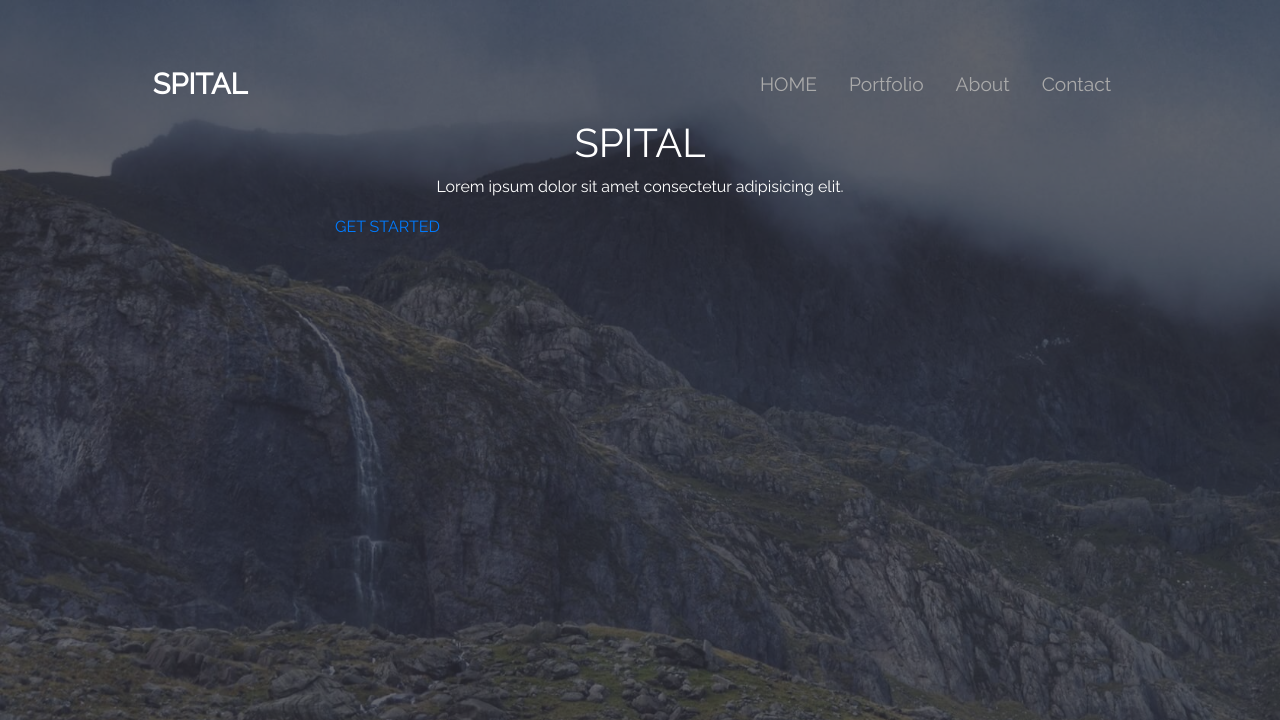
Repository: Mardoqueu/Bootstrap-4-Simple-Landing-Page
Page: index.html
An editor plug-in stored every save of this project. The page is shown before and after a run of saves, followed by the edit.
The browser window is 1280 px wide. The pictures show the whole page.

Above is the page before, as saved 2022-10-11 08:12:19.

### index.html
<!DOCTYPE html>
<html>
<head>
	<meta charset="utf-8">
	<meta name="viewreport" content="width=device-width, initial-scale=1.0">
	<title>
		html css and bootstrap 4 simple landing page
	</title>
	<link rel="stylesheet" type="text/css" href="https://stackpath.bootstrapcdn.com/bootstrap/4.3.1/css/bootstrap.min.css" />
	<link href="https://fonts.googleapis.com/css?family=Raleway&display=swap" rel="stylesheet" />
	<link rel="stylesheet" type="text/css" href="index.css" />
</head>
<body>
		<div class="container-fluid banner">
			<div class="row">
				<div class="col-md-12">
					<nav class="navbar navbar-md">
					<div class="navbar-brand">
						SPITAL
					</div>
					<ul class="nav">
						<li class="nav-item">
							<a class="nav-link" href="#">HOME</a>
						</li>
						<li class="nav-item">
							<a class="nav-link" href="#">Portfolio</a>
						</li>
						<li class="nav-item">
							<a class="nav-link" href="#">About</a>
						</li>
						<li class="nav-item">
							<a class="nav-link" href="#">Contact</a>
						</li>
					</ul>
				</nav>
				</div>
				<div class="col-md-6 offset-md-3">
					<h1 class="text-center">SPITAL</h1>
					<p class="text-center">
						Lorem ipsum dolor sit amet consectetur adipisicing elit.
					</p>
					<a href="#" class="body">GET STARTED</a>
				</div>
			</div>
		</div>
</body>
</html>

### index.css
body{
	margin:0;
	padding:0;
	background:#fff;
	font-family: 'Raleway',sans-serif;
	color: #fff;
}
.banner{
	height: 100vh;
	width: 100%;
	background:url('/sources/overlay.png'),url('/sources/banner.jpg');
	background-position: top;
	background-size:cover;
	/*background-attachment: fixed;*/
	background-repeat: no-repeat;
}
.banner .navbar{
	margin-top:4%;
}
.banner .navbar-brand{
	color: #fff;
	font-size:1.8em;
	font-weight: 700;
	margin-left: 10%;
}
.banner .nav{
	margin-right:10%;
}
.banner .nav li a{
	color:#aaa;
	font-size: 1.2em;
}
.banner .info{
	margin-top:15%;
	transform: translateY(-15%);
}
.banner .info h1{
	font-size: 2.5em;
	font-weight: 700;
	color: #fff;
	letter-spacing: 2px;
}
.banner .info p{
	font-size: 2em;
	font-weight: 500;
	color: #aaa;
	letter-spacing: 2px;
}
.banner .info a{
	margin-left:50%;
	transform: translateX(-50%);
	color: #fff;
	background: #e91d43;
	padding:10px 20px;
	font-size: 2em;
	font-weight: 600;
}
.banner .info a:hover{
	background: #e91e63;
}

After the next 2 saves:
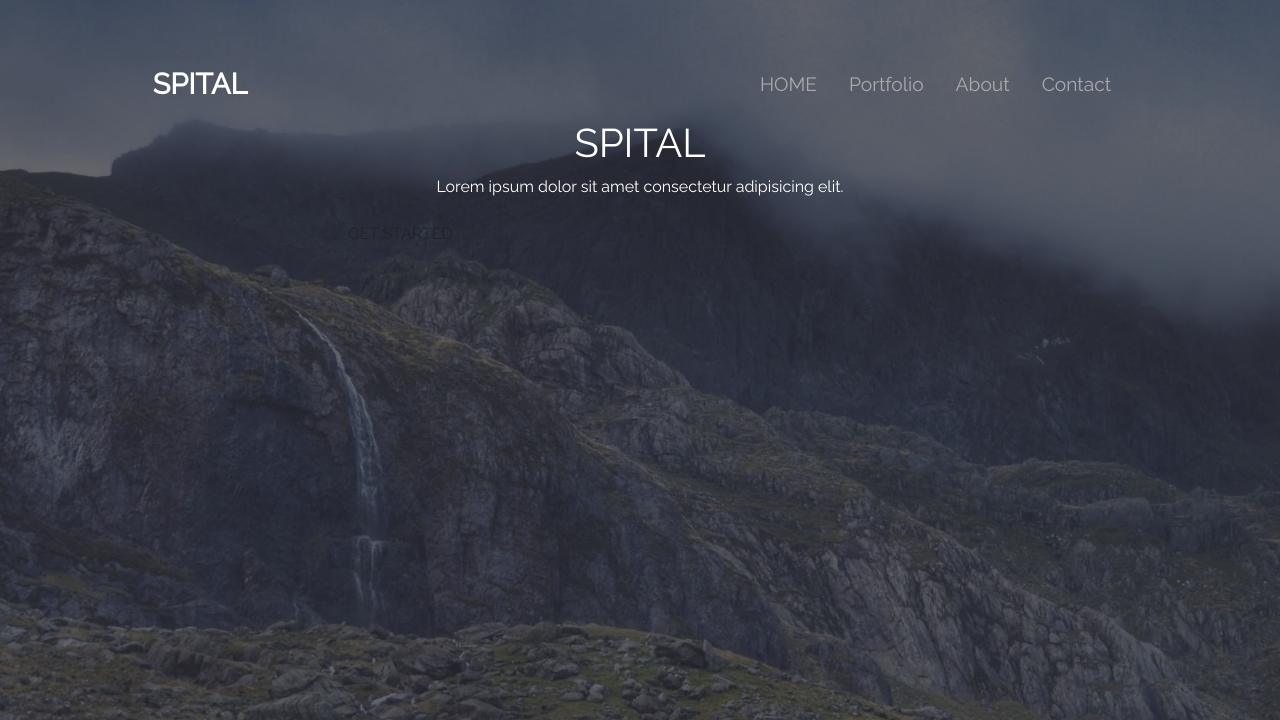
The 2 saves are shown as one change because they came seconds apart.
The last was saved 5 s later.
--- a/index.html
+++ b/index.html
@@ -39,7 +39,7 @@
 					<p class="text-center">
 						Lorem ipsum dolor sit amet consectetur adipisicing elit.
 					</p>
-					<a href="#" class="body">GET STARTED</a>
+					<a href="#" class="btn">GET STARTED</a>
 				</div>
 			</div>
 		</div>
